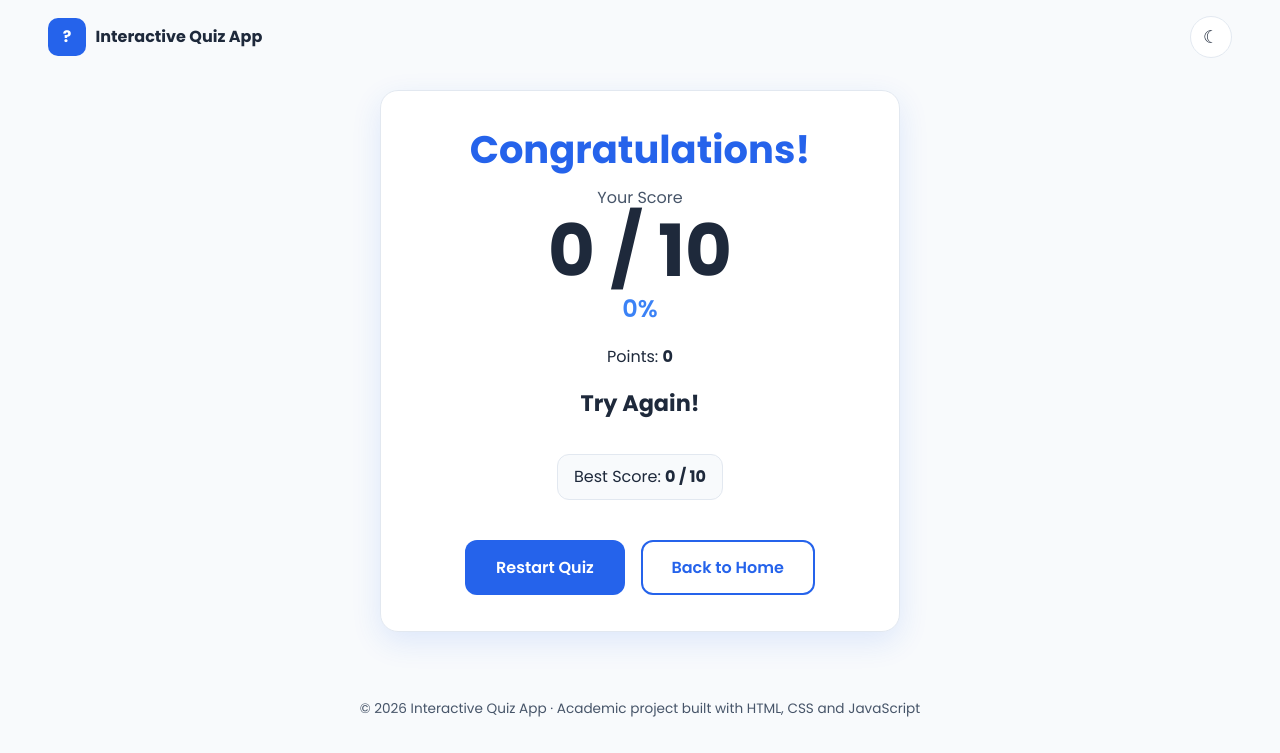
Repository: AzizHamdi99/Interactive-Quiz-App
Page: quiz-app/result.html
These files come from the project's save history. The page is drawn as it stood at one moment and after the next save; the edit follows.
The browser window is 1280 px wide. The pictures show the whole page.

Above is the page before, as saved 2026-10-31 16:25:41.

After the next save:
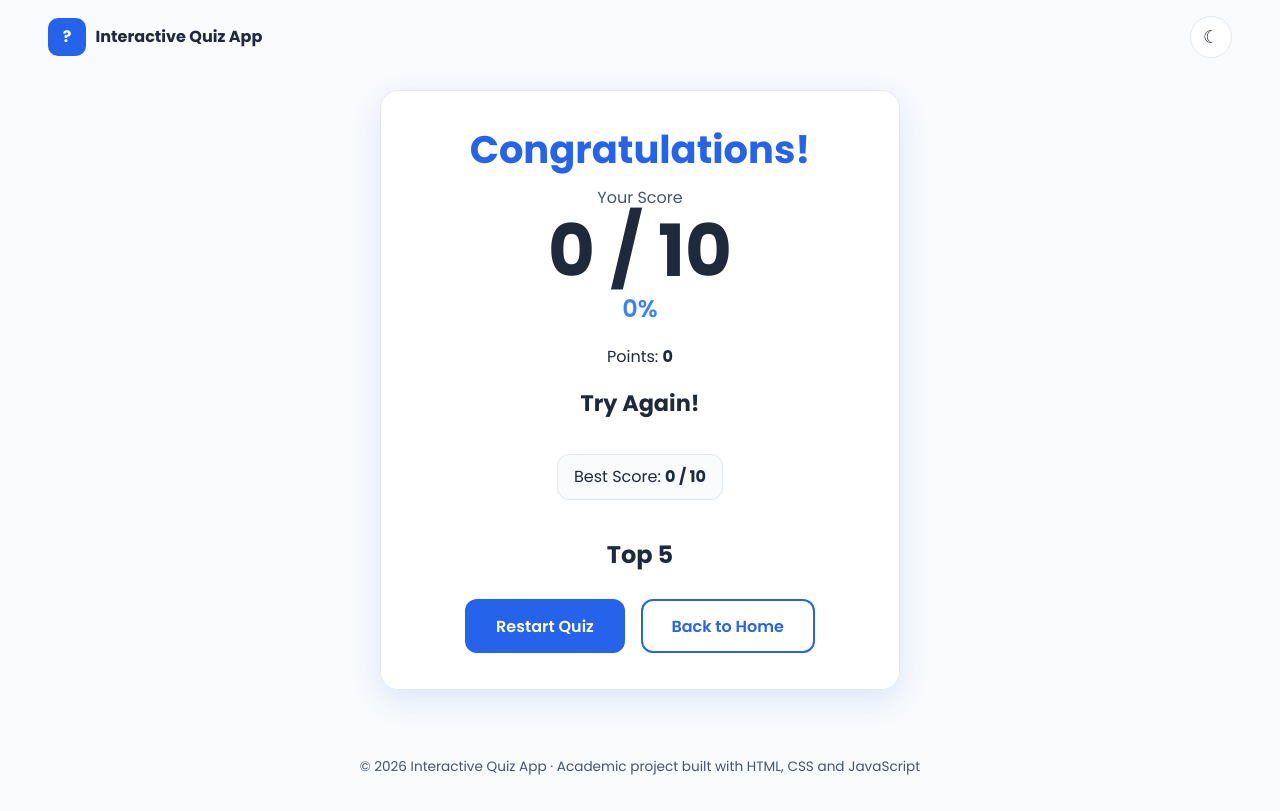
Saved 19 s later.
--- a/quiz-app/result.html
+++ b/quiz-app/result.html
@@ -30,7 +30,9 @@
       <p class="pct" id="pct">0%</p>
       <p class="pts">Points: <strong id="points">0</strong></p>
       <p class="msg" id="msg" role="status"></p>
-      <p class="best">Best Score: <strong id="best">0 / 10</strong></p>
+      <p class="best">Best Score: <strong id="best">0 pts</strong></p>
+      <h2 class="top-title">Top 5</h2>
+      <ol id="top" class="top"></ol>
       <div class="result-btns">
         <a class="btn btn-primary" href="quiz.html" data-nav>Restart Quiz</a>
         <a class="btn btn-ghost" href="index.html" data-nav>Back to Home</a>
